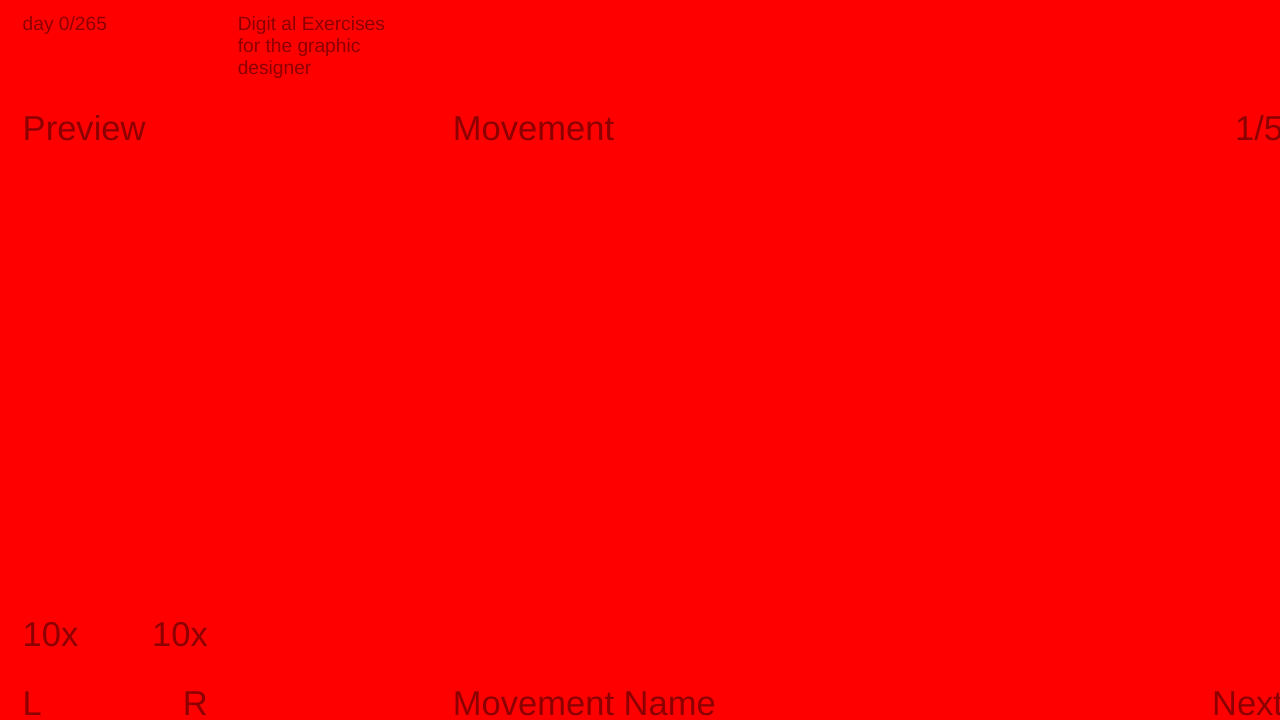
Repository: NoIdeasStudio/holiday-card-2024
Page: digit-al-exercises.html
These files come from the project's save history. The page is drawn as it stood at one moment and after the next save; the edit follows.
The browser window is 1280 px wide. The pictures show the whole page.

Above is the page before, as saved 2024-12-04 12:51:26.

### digit-al-exercises.html
<!DOCTYPE html>
<html lang="en">
<head>
    <meta charset="UTF-8">
    <meta name="viewport" content="width=device-width, initial-scale=1.0">
    <title>digit-al exercises</title>
    <link rel="stylesheet" href="style.css">
</head>
<body>

    <div class="wrapper">
        <header class="header-1">day 0/265</header>
        <header class="header-2">Digit al Exercises <br> for the graphic designer</header>

        <content class="large-text content-header-1">Preview</content>
        <content class="large-text content-header-2">Movement</content>
        <content class="large-text content-header-3">1/5</content>

        <footer class="large-text content-footer-1">10x 10x</footer>
        <footer class="large-text content-footer-2">L R</footer>
        <footer class="large-text content-footer-3">Movement Name</footer>
        <footer class="large-text content-footer-4">Next</footer>

      </div>

</body>
</html>

### style.css
* {
    box-sizing: border-box;
    background-color: #FF0000;
    color: #8D0000;
  }

  .wrapper {
    height: 100vh;
    width: 100vw;
    position: fixed;
    margin: 0 auto;
    font: 1.2em Helvetica, arial, sans-serif;
    display: grid;
    grid-template-columns: repeat(6, [col-start] 4fr);
    grid-template-rows: repeat(12, [row-start] 4fr);
    gap: 20px;
    padding-left: .5em;
  }

  .wrapper > * {
    padding: 5px;
  }

  .large-text{
    font: 1.8em Helvetica, arial, sans-serif;
  }

  .header-1{
    grid-column: col-start 1 / span 1;
    grid-row: 1 / 1;
  }
  .header-2{
    grid-column: col-start 2 / span 1;
    grid-row: 1 / 1;
  }
  .content-header-1{
    grid-column: col-start 1 / span 1;
    grid-row: 2 ;
  }
  .content-header-2{
    grid-column: col-start 3 / span 2;
    grid-row: 2 ;
  }
  .content-header-3{
    grid-column: col-start 5 / span 2;
    grid-row: 2 ;
    text-align: right;
  }

  .content-footer-1{
    grid-column: col-start 1 / span 1;
    grid-row: 11 ;
    text-align-last: justify;
  }
  .content-footer-2{
    grid-column: col-start 1 / span 1;
    grid-row: 12 ;
    text-align-last: justify;
  }
  .content-footer-3{
    grid-column: col-start 3 / span 2;
    grid-row: 12 ;
  }
  .content-footer-4{
    grid-column: col-start 5 / span 2;
    grid-row: 12 ;
    text-align: right;
  }



  /* @media (min-width: 500px) {
    .wrapper {
      grid-template-columns: 1fr 3fr;
      grid-template-areas:
        "header  header"
        "nav     nav"
        "sidebar content"
        "ad      footer";
    }
    nav ul {
      display: flex;
      justify-content: space-between;
    }
  } */

  /* @media (min-width: 700px) {
    .wrapper {
      grid-template-columns: 1fr 4fr 1fr;
      grid-template-areas:
        "header header  header"
        "nav    content sidebar"
        "nav    content ad"
        "footer footer  footer";
    }
    nav ul {
      flex-direction: column;
    }
  } */

After the next save:
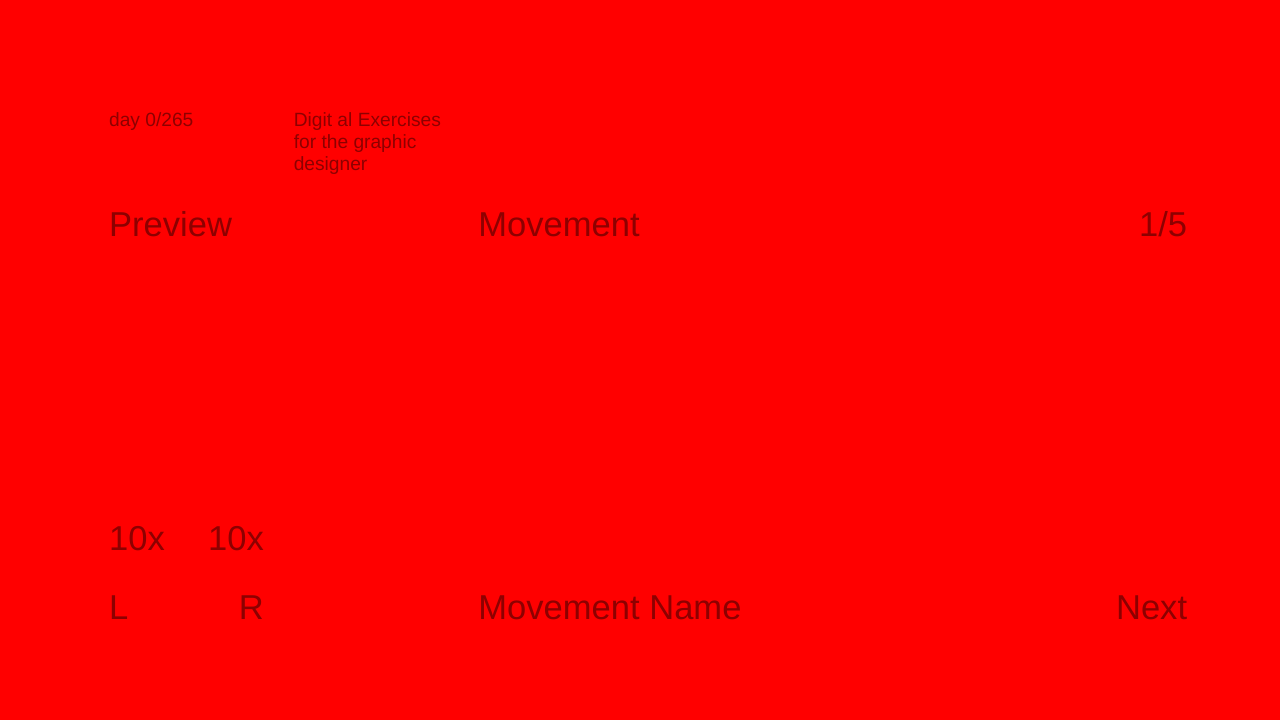
Saved 6 s later.
--- a/style.css
+++ b/style.css
@@ -14,7 +14,7 @@
     grid-template-columns: repeat(6, [col-start] 4fr);
     grid-template-rows: repeat(12, [row-start] 4fr);
     gap: 20px;
-    padding-left: .5em;
+    padding: 5em;
   }
 
   .wrapper > * {
